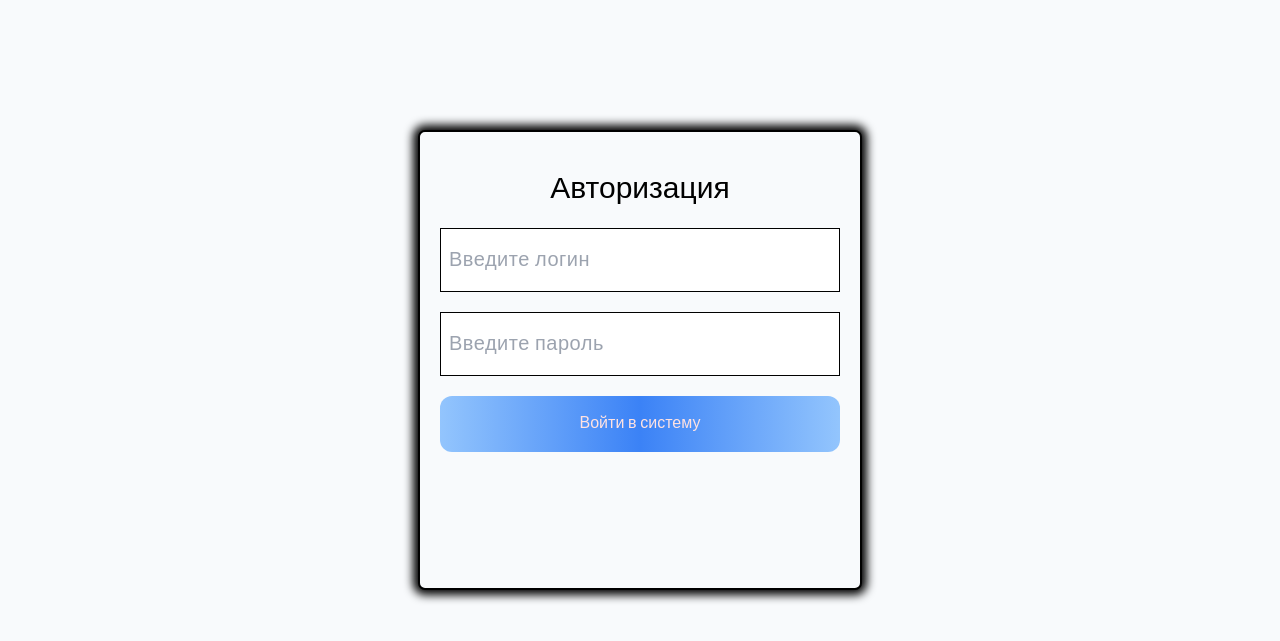
Repository: AlearvickOne/CartridgesApp
Page: /
The author's editor kept a copy of each file at every save. The page is drawn from the files as they stood at one save, then again after the next save.
The browser window is 1280 px wide. The pictures show the whole page.
The page's requests for data from a server got no answer. The project was rebuilt for these pictures with package versions that can differ from the ones it lists, and the page was loaded fresh each time. The framework's server and built-in components were replaced by stand-ins that run in the browser. No one was signed in, and anything a server would have sent is missing. Also part of the build but not shown: next.config.mjs.

Above is the page before, as saved 2024-04-19 16:00:47.

After the next save:
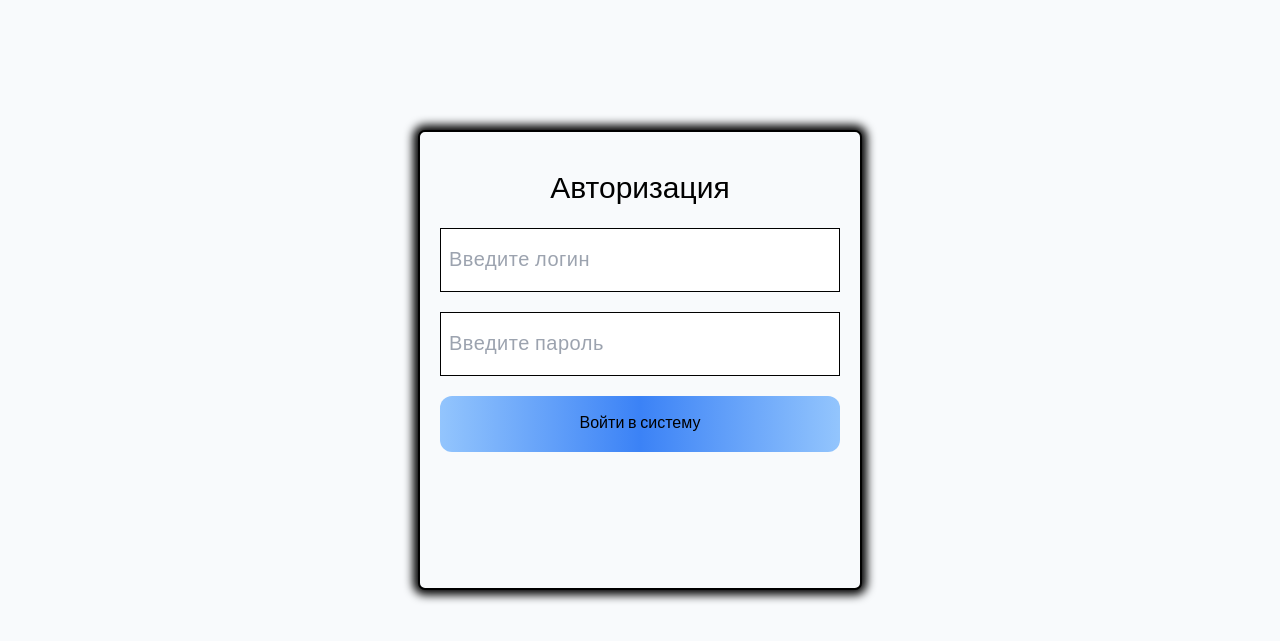
Saved 13 s later.
--- a/src/styles/home/Home.module.scss
+++ b/src/styles/home/Home.module.scss
@@ -16,7 +16,7 @@
       }
 
       > button {
-        @apply p-2 rounded-xl hover:text-violet-200 text-red-100 h-14 bg-gradient-to-r from-blue-300 via-blue-500 to-blue-300;
+        @apply p-2 rounded-xl hover:text-violet-200 text-black h-14 bg-gradient-to-r from-blue-300 via-blue-500 to-blue-300;
       }
     }
   }
